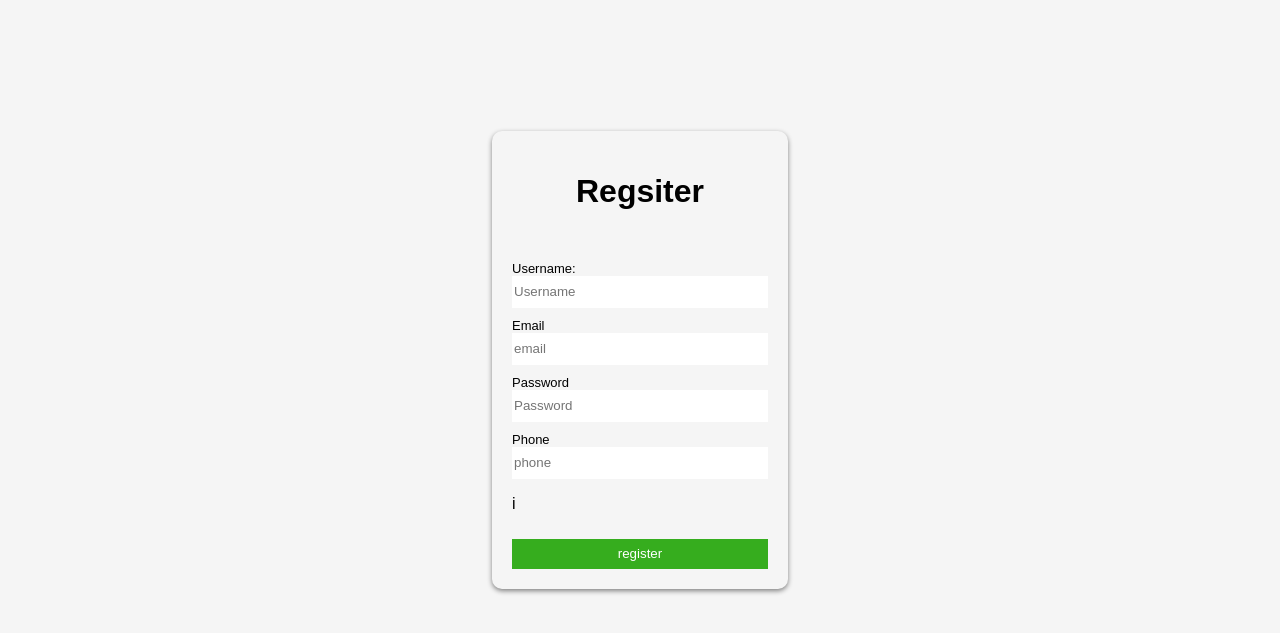
Repository: Dennis-star1001/PHP-CRUD
Page: http://localhost/register.php
The author's editor kept a copy of each file at every save. The page is drawn from the files as they stood at one save, then again after the next save.
The browser window is 1280 px wide. The pictures show the whole page.
The page is run by PHP 8.4 with error messages shown; the project is at /var/www/html/.

Above is the page before, as saved 2022-07-05 22:26:54.

After the next save:
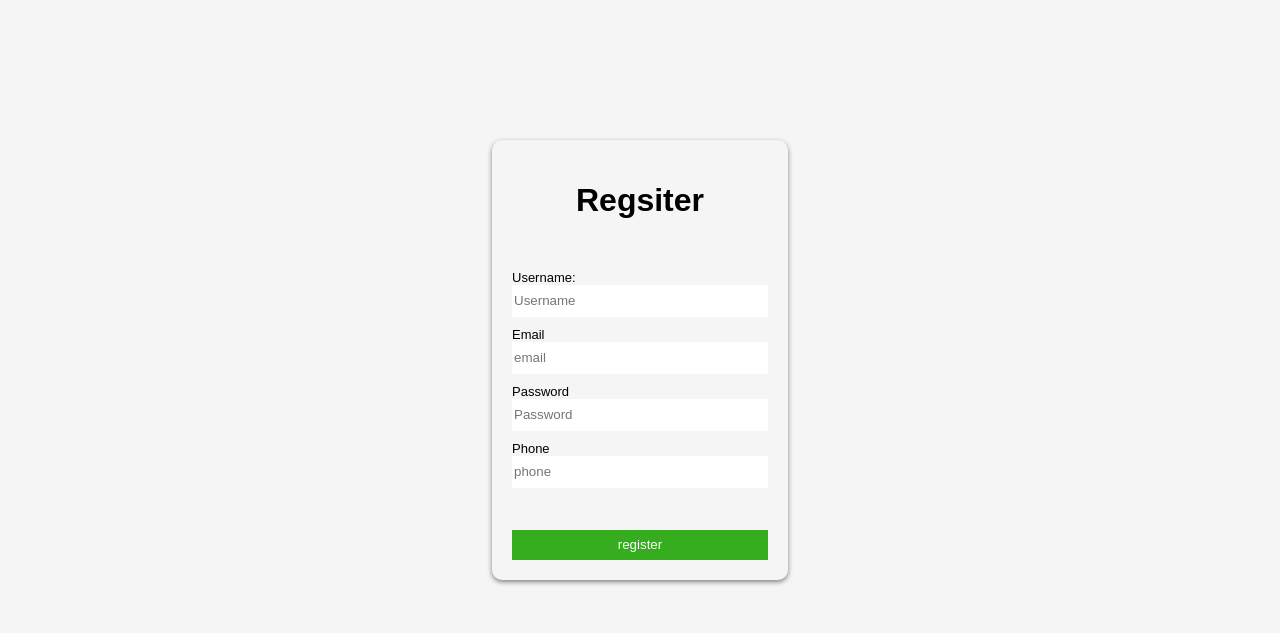
Saved 8 min 18 s later.
--- a/register.php
+++ b/register.php
@@ -46,7 +46,7 @@ if (isset($_GET['err'])) {
                 <div class="input-field">
                     <label for="phone">Phone</label>
                     <input type="phonr" class="text-input" placeholder="phone" name="phone" />
-                    <p>i</p>
+                    <p></p>
                 </div>
                 <input type="submit" value="register" class="submit" name="register" />
 
